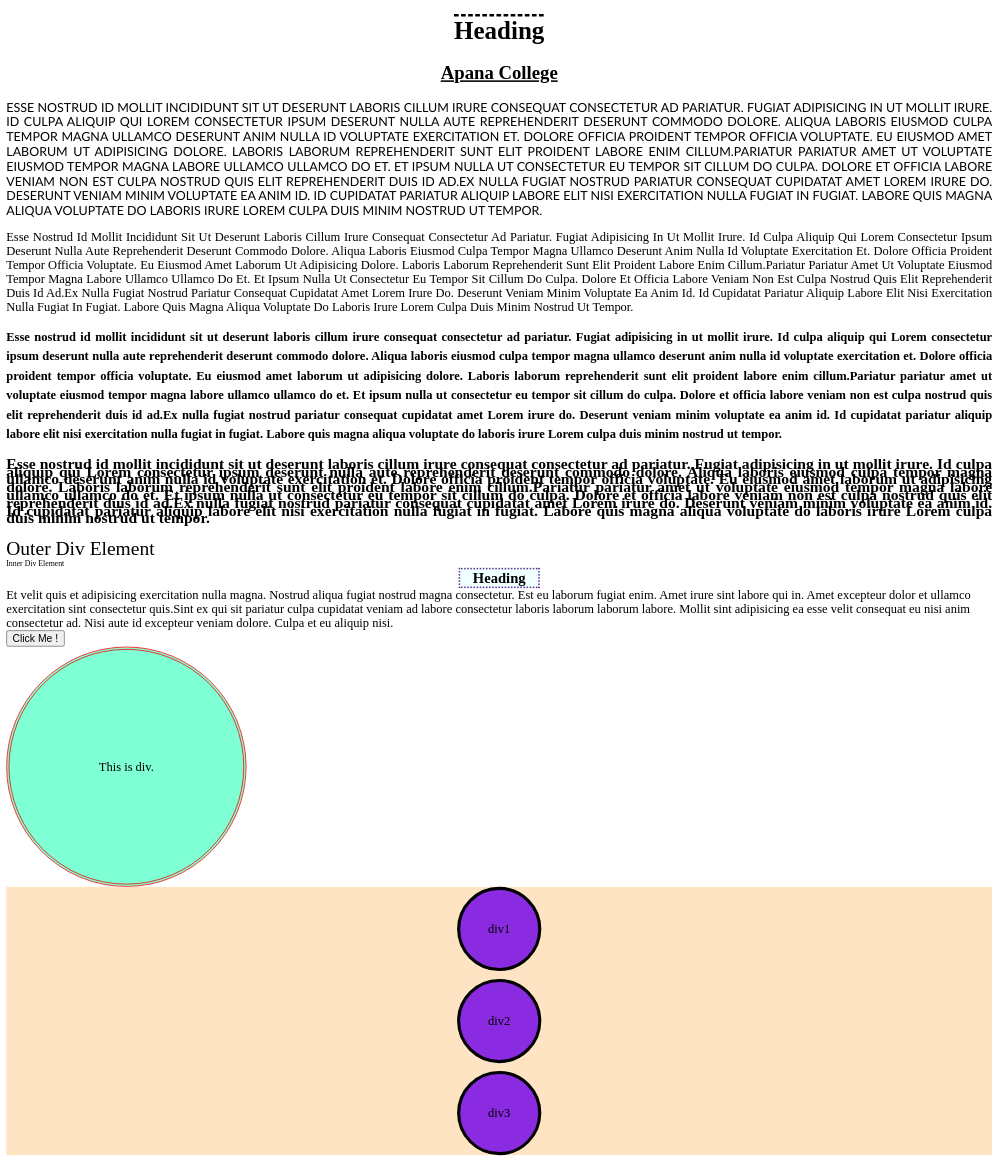
Repository: rakeshkolpepatil/CSS_Apana_College
Page: index.html
An editor plug-in stored every save of this project. The page is shown before and after the next save, followed by the edit.
The browser window is 1280 px wide. The pictures show the whole page, at 78% of full size.

Above is the page before, as saved 2023-06-22 21:42:59.

### index.html
<!DOCTYPE html>
<html lang="en">
<head>
  <meta charset="UTF-8">
  <meta name="viewport" content="width=device-width, initial-scale=1.0">
  <title>Document</title>
  <link rel="stylesheet" href="styleTwo.css">
</head>
<body>
  <h1> Heading </h1>
  <h2> Apana College </h2>
  <p id="pOne">Esse nostrud id mollit incididunt sit ut deserunt laboris cillum irure consequat consectetur ad pariatur. Fugiat adipisicing in ut mollit irure. Id culpa aliquip qui Lorem consectetur ipsum deserunt nulla aute reprehenderit deserunt commodo dolore. Aliqua laboris eiusmod culpa tempor magna ullamco deserunt anim nulla id voluptate exercitation et. Dolore officia proident tempor officia voluptate. Eu eiusmod amet laborum ut adipisicing dolore. Laboris laborum reprehenderit sunt elit proident labore enim cillum.Pariatur pariatur amet ut voluptate eiusmod tempor magna labore ullamco ullamco do et. Et ipsum nulla ut consectetur eu tempor sit cillum do culpa. Dolore et officia labore veniam non est culpa nostrud quis elit reprehenderit duis id ad.Ex nulla fugiat nostrud pariatur consequat cupidatat amet Lorem irure do. Deserunt veniam minim voluptate ea anim id. Id cupidatat pariatur aliquip labore elit nisi exercitation nulla fugiat in fugiat. Labore quis magna aliqua voluptate do laboris irure Lorem culpa duis minim nostrud ut tempor.
  </p>
  <p id="pTwo">Esse nostrud id mollit incididunt sit ut deserunt laboris cillum irure consequat consectetur ad pariatur. Fugiat adipisicing in ut mollit irure. Id culpa aliquip qui Lorem consectetur ipsum deserunt nulla aute reprehenderit deserunt commodo dolore. Aliqua laboris eiusmod culpa tempor magna ullamco deserunt anim nulla id voluptate exercitation et. Dolore officia proident tempor officia voluptate. Eu eiusmod amet laborum ut adipisicing dolore. Laboris laborum reprehenderit sunt elit proident labore enim cillum.Pariatur pariatur amet ut voluptate eiusmod tempor magna labore ullamco ullamco do et. Et ipsum nulla ut consectetur eu tempor sit cillum do culpa. Dolore et officia labore veniam non est culpa nostrud quis elit reprehenderit duis id ad.Ex nulla fugiat nostrud pariatur consequat cupidatat amet Lorem irure do. Deserunt veniam minim voluptate ea anim id. Id cupidatat pariatur aliquip labore elit nisi exercitation nulla fugiat in fugiat. Labore quis magna aliqua voluptate do laboris irure Lorem culpa duis minim nostrud ut tempor.
  </p>
  <p id="pThree">Esse nostrud id mollit incididunt sit ut deserunt laboris cillum irure consequat consectetur ad pariatur. Fugiat adipisicing in ut mollit irure. Id culpa aliquip qui Lorem consectetur ipsum deserunt nulla aute reprehenderit deserunt commodo dolore. Aliqua laboris eiusmod culpa tempor magna ullamco deserunt anim nulla id voluptate exercitation et. Dolore officia proident tempor officia voluptate. Eu eiusmod amet laborum ut adipisicing dolore. Laboris laborum reprehenderit sunt elit proident labore enim cillum.Pariatur pariatur amet ut voluptate eiusmod tempor magna labore ullamco ullamco do et. Et ipsum nulla ut consectetur eu tempor sit cillum do culpa. Dolore et officia labore veniam non est culpa nostrud quis elit reprehenderit duis id ad.Ex nulla fugiat nostrud pariatur consequat cupidatat amet Lorem irure do. Deserunt veniam minim voluptate ea anim id. Id cupidatat pariatur aliquip labore elit nisi exercitation nulla fugiat in fugiat. Labore quis magna aliqua voluptate do laboris irure Lorem culpa duis minim nostrud ut tempor.
  </p>
  <p id="pFour">Esse nostrud id mollit incididunt sit ut deserunt laboris cillum irure consequat consectetur ad pariatur. Fugiat adipisicing in ut mollit irure. Id culpa aliquip qui Lorem consectetur ipsum deserunt nulla aute reprehenderit deserunt commodo dolore. Aliqua laboris eiusmod culpa tempor magna ullamco deserunt anim nulla id voluptate exercitation et. Dolore officia proident tempor officia voluptate. Eu eiusmod amet laborum ut adipisicing dolore. Laboris laborum reprehenderit sunt elit proident labore enim cillum.Pariatur pariatur amet ut voluptate eiusmod tempor magna labore ullamco ullamco do et. Et ipsum nulla ut consectetur eu tempor sit cillum do culpa. Dolore et officia labore veniam non est culpa nostrud quis elit reprehenderit duis id ad.Ex nulla fugiat nostrud pariatur consequat cupidatat amet Lorem irure do. Deserunt veniam minim voluptate ea anim id. Id cupidatat pariatur aliquip labore elit nisi exercitation nulla fugiat in fugiat. Labore quis magna aliqua voluptate do laboris irure Lorem culpa duis minim nostrud ut tempor.
  </p>

  <div id="outer">
    Outer Div Element
    <div id="inner">
      Inner Div Element
    </div>
  </div>

  <h3> Heading </h3>
  <div>
    Et velit quis et adipisicing exercitation nulla magna. Nostrud aliqua fugiat nostrud magna consectetur. Est eu laborum fugiat enim. Amet irure sint labore qui in. Amet excepteur dolor et ullamco exercitation sint consectetur quis.Sint ex qui sit pariatur culpa cupidatat veniam ad labore consectetur laboris laborum laborum labore. Mollit sint adipisicing ea esse velit consequat eu nisi anim consectetur ad. Nisi aute id excepteur veniam dolore. Culpa et eu aliquip nisi.
  </div>
  <button> Click Me ! </button>
  <div id="div4"> This is div. </div>

  <div style="background-color: bisque;">
    <div class="div5"> div1 </div>
    <div class="div5"> div2 </div>
    <div class="div5"> div3 </div>
  </div>
</body>
</html>

### styleTwo.css
h1{
  text-align: center;
  text-decoration:  dotted underline  ;
  text-decoration:  dashed overline  ;
}

h2{
  text-align: center;
  text-transform: capitalize;
  text-decoration: underline;
}

#pOne{
  text-align: justify;
  text-transform: uppercase;
  font-weight: 100;
  font-family: 'Gill Sans', 'Gill Sans MT', Calibri, 'Trebuchet MS', sans-serif;
}

#pTwo{
  text-transform: capitalize;
  text-align: justify;
  font-weight: 300;
}

#pThree{
  text-align: justify;
  line-height: 25px;
  font-weight: 600;
}

#pFour{
  text-align: justify;
  font-size: 20px;
  line-height: 10px;
  font-weight: 900;
}

#outer{
  font-size: 25px;
}

#inner{
  font-size: 10px;
}

#div4{
  height: 300px;
  width: 300px;
  background-color:aquamarine;

  /* border-width: 4px;
  border-color: black;
  border-style: dotted; */


  display: flex;
  text-align: center;
  justify-content: center;
  align-items: center;

  /* border: 4px solid red; */
  border: 4px double red;
  /* border-radius: 10px; */
  border-radius: 50% ;
}

h3{
  display: flex;
  justify-content: center;
  align-items:center;
  margin-left: 50%;
  /* text-align: center; */
  border: 2px dotted rebeccapurple;
  width: 100px;
  margin: auto;
  background-color:azure;
}

.div5{
  width: 100px;
  height: 100px;
  background-color:blueviolet;
  margin: auto;
  margin-bottom: 10px;
  display: flex;
  justify-content: center;
  align-items:center;
  border: 4px solid black;
  border-radius: 50%
}

After the next save:
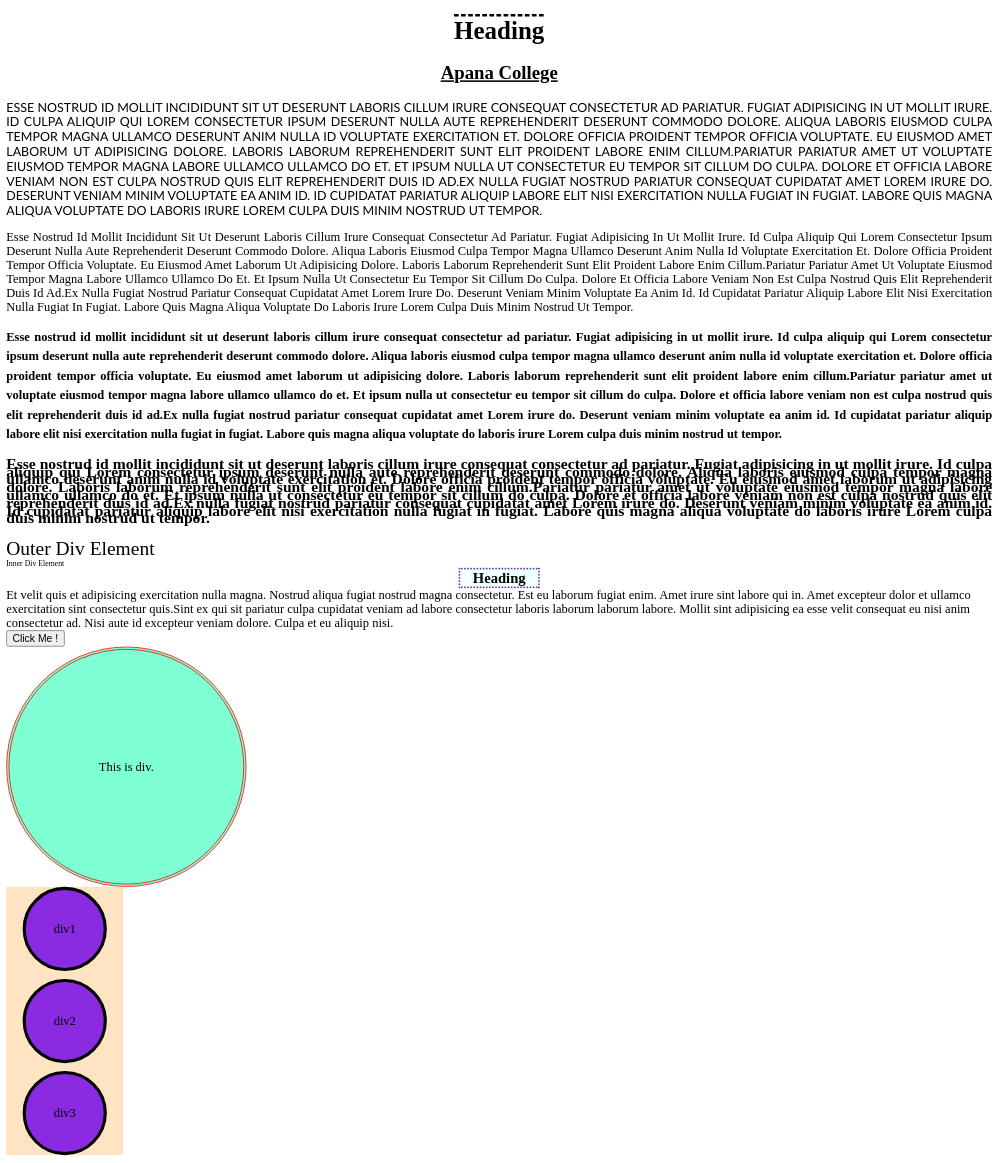
Saved 13 s later.
--- a/index.html
+++ b/index.html
@@ -32,7 +32,7 @@
   <button> Click Me ! </button>
   <div id="div4"> This is div. </div>
 
-  <div style="background-color: bisque;">
+  <div style="background-color: bisque; width: 150px;">
     <div class="div5"> div1 </div>
     <div class="div5"> div2 </div>
     <div class="div5"> div3 </div>
